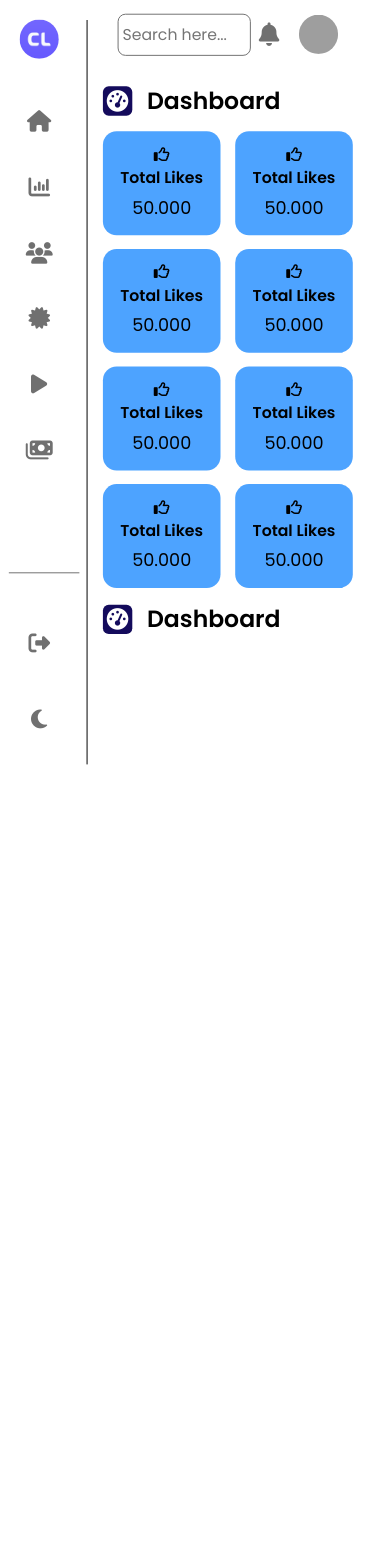
Repository: phamngocthang/practice-html-css
Page: Admin/dist/index.html
The author's editor kept a copy of each file at every save. The page is drawn from the files as they stood at one save, then again after the next save.
The browser window is 375 px wide. The pictures show the whole page, at 98% of full size.
Pictures or frames that could not be fetched are drawn as grey boxes. The style sheet was rebuilt from its Sass, Less or Tailwind sources for each picture, by a compiler version that may differ from the author's.

Above is the page before, as saved 2023-10-28 12:51:49.

### Admin/dist/index.html
<!DOCTYPE html>
<html lang="en">
<head>
    <meta charset="UTF-8">
    <meta name="viewport" content="width=device-width, initial-scale=1.0">
    <title>Document</title>
    <link rel="stylesheet" href="style/main.css">
    <link rel="stylesheet" href="https://cdnjs.cloudflare.com/ajax/libs/font-awesome/6.4.2/css/all.min.css" integrity="sha512-z3gLpd7yknf1YoNbCzqRKc4qyor8gaKU1qmn+CShxbuBusANI9QpRohGBreCFkKxLhei6S9CQXFEbbKuqLg0DA==" crossorigin="anonymous" referrerpolicy="no-referrer" />
</head>
<body>
    <nav>
        <div class="logo">
            <div class="logo__image">
                <img src="/Images/logo.png" alt="">
            </div>

            <span class="logo__name">
                E-LEARNING
            </span>
        </div>

        <div class="menu">
            <ul class="menu__link">
                <li class="menu__link__item"><a href="#">
                    <i class="fa-solid fa-house"></i>
                    <span>Dashboard</span>
                </a></li>
                <li class="menu__link__item"><a href="#">
                    <i class="fa-solid fa-chart-column"></i>
                    <span>Analytics</span>
                </a></li>
                <li class="menu__link__item"><a href="#">
                    <i class="fa-solid fa-users"></i>
                    <span>Users</span>
                </a></li>
                <li class="menu__link__item"><a href="#">
                    <i class="fa-solid fa-certificate"></i>
                    <span>Category</span>
                </a></li>
                <li class="menu__link__item"><a href="#">
                    <i class="fa-solid fa-play"></i>
                    <span>Courses</span>
                </a></li>
                <li class="menu__link__item"><a href="#">
                    <i class="fa-solid fa-money-bills"></i>
                    <span>Profit</span>
                </a></li>
            </ul>

            <ul class="menu__link">
                <li class="menu__link__item"><a href="#">
                    <i class="fa-solid fa-right-from-bracket"></i>
                    <span>Logout</span>
                </a></li>

                <li class="menu__link__item menu__link__item--darkmode"><a href="#">
                        <i class="fa-solid fa-moon"></i>
                        <span>Dark Mode</span>
                        <div class="menu__toggle">
                            <span class="menu__switch"></span>
                        </div>
                    </a>
                </li>
            </ul>
        </div>
    </nav>

    <section class="dashboard">
        <div class="top">
            <i class="fa-solid fa-bars top__bar"></i>
            <div class="top__search-box">
                <i class="fa-solid fa-magnifying-glass"></i>
                <input type="text" placeholder="Search here...">
            </div>
            <div class="top__image">
                <i class="fa-solid fa-bell bell"></i>
                <img src="/Images/avatar.jpg" alt="">
            </div>
        </div>

        <div class="content">
            <div class="overview">
                <div class="title title--dash">
                    <div class="title__logo">
                        <i class="fa-solid fa-gauge-high"></i>
                    </div>
                    <h1 class="title__name">Dashboard</h1>
                </div>

                <div class="data">
                    <div class="data__box">
                        <i class="fa-regular fa-thumbs-up data__box__icon"></i>
                        <h3 class="data__box__title">Total Likes</h3>
                        <span class="data__box__number">50.000</span>
                    </div>
                    <div class="data__box">
                        <i class="fa-regular fa-thumbs-up data__box__icon"></i>
                        <h3 class="data__box__title">Total Likes</h3>
                        <span class="data__box__number">50.000</span>
                    </div>
                    <div class="data__box">
                        <i class="fa-regular fa-thumbs-up data__box__icon"></i>
                        <h3 class="data__box__title">Total Likes</h3>
                        <span class="data__box__number">50.000</span>
                    </div>
                    <div class="data__box">
                        <i class="fa-regular fa-thumbs-up data__box__icon"></i>
                        <h3 class="data__box__title">Total Likes</h3>
                        <span class="data__box__number">50.000</span>
                    </div>
                    <div class="data__box">
                        <i class="fa-regular fa-thumbs-up data__box__icon"></i>
                        <h3 class="data__box__title">Total Likes</h3>
                        <span class="data__box__number">50.000</span>
                    </div>
                    <div class="data__box">
                        <i class="fa-regular fa-thumbs-up data__box__icon"></i>
                        <h3 class="data__box__title">Total Likes</h3>
                        <span class="data__box__number">50.000</span>
                    </div>
                    <div class="data__box">
                        <i class="fa-regular fa-thumbs-up data__box__icon"></i>
                        <h3 class="data__box__title">Total Likes</h3>
                        <span class="data__box__number">50.000</span>
                    </div>
                    <div class="data__box">
                        <i class="fa-regular fa-thumbs-up data__box__icon"></i>
                        <h3 class="data__box__title">Total Likes</h3>
                        <span class="data__box__number">50.000</span>
                    </div>
                </div>
            </div>

            <div class="activity">
                <div class="title">
                    <div class="title__logo">
                        <i class="fa-solid fa-gauge-high"></i>
                    </div>
                    <h1 class="title__name">Dashboard</h1>
                </div>
            </div>
        </div>
    </section>

    <script src="script.js">

    </script>
</body>
</html>

### Admin/dist/script.js
const body = document.querySelector("body");
const modeTogger = document.querySelector(".menu__toggle");
const sideBar = body.querySelector("nav")
const sideBarToggle = body.querySelector(".top__bar");

modeTogger.addEventListener("click", () => {
    body.classList.toggle("dark")
})

sideBarToggle.addEventListener("click", () => {
    sideBar.classList.toggle("close");
})

### Admin/scss/main.scss
@import url('https://fonts.googleapis.com/css2?family=Poppins:wght@200;300;400;500;600&display=swap');
@import './variables';

* {
    margin: 0;
    padding: 0;
    box-sizing: border-box;
    font-family: 'Poppins', sans-serif;
}

body {
    --primary-color: #{$primary-color};
    --panel-color: #{$panel-color};
    --text-color: #{$text-color};
    --black-light-color: #{$black-light-color};
    --border-color: #{$border-color};
    --toggle-color: #{$toggle-color};
    --box1-color: #{$box1-color};
    --box2-color: #{$box2-color};
    --box3-color: #{$box3-color};
    --title-icon-color: #{$title-icon-color};
    min-height: 200vh;
    background-color: var(--panel-color);
}

body.dark {
    --primary-color: #3A3B3C;
    --panel-color: #242526;
    --text-color: #FFF;
    --black-light-color: #CCC;
    --border-color: #4D4C4C;
    --toggle-color: #FFF;
    --box1-color: #3A3B3C;
    --box2-color: #3A3B3C;
    --box3-color: #3A3B3C;
    --title-icon-color: #CCC;

    .menu__switch::before {
        left: 20px !important;
    }
}

nav {
    position: fixed;
    width: $leftbarsize;
    height: 100%;
    top: 0;
    left: 0;
    background-color: var(--panel-color);
    transition: $tran-05;

    &::after {
        content: '';
        width: 2px;
        height: 95%;
        background-color: var(--black-light-color);
        right: 0;
        top: 50%;
        transform: translateY(-50%);
        position: absolute;
    }

    .logo {
        display: flex;
        align-items: center;
        height: 80px;

        &__image {
            min-width: 45px;
            display: flex;
            align-items: center;
            padding-right: 10px;
            min-width: 80px;
            justify-content: flex-end;

            img {
                width: 40px;
                border-radius: 50%;
                object-fit: cover;
            }

        }

        &__name {
            color: var(--text-color);
            font-weight: 600;
            font-size: 22px;
            flex: 1;
            transition: $tran-05;
            white-space: nowrap;
        }
    }

    .menu {
        height: 100%;
        padding: 10px 0px 30px 20px;
        position: relative;


        &::after {
            content: '';
            left: 50%;
            top: 63%;
            width: 80%;
            height: 0.5px;
            transform: translateX(-50%);
            background-color: var(--black-light-color);
            position: absolute;
        }

        &__link {
            list-style: none;
            display: flex;
            flex-direction: column;
            align-items: flex-start;


            &:nth-child(1) {
                height: 70%;
            }


            &__item {
                padding: 20px 0;

                a {
                    text-decoration: none;
                    color: var(--black-light-color);
                    font-size: 18px;
                    display: flex;
                    align-items: center;
                    position: relative;
                    transition: 0.4 ease all;

                    i {
                        min-width: 60px;
                        text-align: center;
                        font-size: 22px;
                    }

                    span {
                        font-weight: 400;
                        transition: $tran-05;
                        white-space: nowrap;
                    }

                    &:hover {
                        color: var(--primary-color);

                        &::before {
                            content: '';
                            width: 5px;
                            height: 5px;
                            border-radius: 50%;
                            background-color: var(--primary-color);
                            position: absolute;
                            transition: 0.4 ease all;
                        }
                    }
                }
            }

            &__item--darkmode {
                display: flex;
                align-items: center;


                .menu__toggle {
                    height: 50px;
                    min-width: 45px;
                    display: flex;
                    align-items: center;
                    justify-content: center;

                    .menu__switch {
                        display: inline-block;
                        border-radius: 25px;
                        position: relative;
                        height: 22px;
                        width: 40px;
                        background-color: var(--toggle-color);

                        &::before {
                            content: '';
                            width: 15px;
                            height: 15px;
                            position: absolute;
                            background-color: var(--title-icon-color);
                            border-radius: 50%;
                            left: 3px;
                            top: 50%;
                            transform: translateY(-50%);
                            transition: $tran-03;
                        }
                    }
                }
            }
        }
    }


}

nav.close {
    width: $leftbarsizeClose;

    .menu__link__item {
        span {
            opacity: 0;
            pointer-events: none;
        }
    }

    .logo__name {
        opacity: 0;
        pointer-events: none;
    }

    & ~ .dashboard {
        left: $leftbarsizeClose;
        width: calc(100% - $leftbarsizeClose);

        .top {
            left: $leftbarsizeClose;
            width: calc(100% - $leftbarsizeClose);
        }
    }
}

.dashboard {
    background-color: var(--panel-color);
    width: calc(100% - $leftbarsize);
    left: $leftbarsize;
    min-height: 100vh;
    position: relative;
    padding: 15px 30px 40px;
    transition: $tran-05;

    .top {
        position: fixed;
        top: 0;
        left: $leftbarsize;
        height: 10%;
        display: flex;
        align-items: center;
        justify-content: space-between;
        padding: 30px 30px 40px;
        width: calc(100% - $leftbarsize);
        background-color: var(--panel-color);
        transition: $tran-05;

        i {
            font-size: 24px;
            color: var(--black-light-color);
        }

        &__bar {
            cursor: pointer;
        }

        &__search-box {
            flex: 1;
            width: 100%;
            padding: 8px;
            border-radius: 8px;
            border: 0.4px solid var(--black-light-color);
            margin: 0 30px;
            display: flex;
            align-items: center;

            i {
                font-size: 24px;
                padding: 0 16px 0 8px;
                color: var(--black-light-color);
            }

            input {
                font-size: 16px;
                outline: none;
                border: none;
                height: 100%;
                width: 100%;
                background-color: transparent;
                color: var(--text-color);
            }
        }

        &__image {
            display: flex;
            align-items: center;

            .bell {
                cursor: pointer;
                margin-right: 20px;
            }

            img {
                cursor: pointer;
                width: 40px;
                height: 40px;
                object-fit: cover;
                border-radius: 50%;
            }
        }
    }

    .content {
        margin-top: 60px;
            .title {
                display: flex;
                align-items: center;

                &__logo {
                    height: 30px;
                    width: 30px;
                    display: flex;
                    align-items: center;
                    justify-content: center;
                    background-color: var(--primary-color);
                    border-radius: 6px;
                    margin-right: 15px;

                    i {
                        font-size: 22px;
                        color: var(--panel-color);
                    }
                }

                &__name {
                    color: var(--text-color);
                }
            }

            .data {
                display: flex;
                flex-wrap: wrap;
                margin-left: -32px;

                &__box {
                    border-radius: 14px;
                    margin-left: 32px;
                    width: calc(100% / 4 - 32px);
                    display: flex;
                    flex-direction: column;
                    align-items: center;
                    background-color: var(--box1-color);
                    color: var(--text-color);
                    padding: 15px 0;
                    margin-top: 20px;

                    &__icon {
                        font-size: 30px;
                    }

                    &__title {
                        margin: 4px 0;
                    }

                    &__number {
                        font-size: 30px;
                    }
                }
            }

            .activity {
                margin-top: 20px;
            }
    }
}


@media (max-width: 1000px) {
    nav {
        width: $leftbarsizeClose;


        .menu__link__item {
            span {
                opacity: 0;
                pointer-events: none;
            }
        }

        .logo__name {
            opacity: 0;
            pointer-events: none;
        }

        & ~ .dashboard {
            left: $leftbarsizeClose;
            width: calc(100% - $leftbarsizeClose);
        }
    }

    .dashboard {
        .top {
            left: $leftbarsizeClose;
            width: calc(100% - $leftbarsizeClose);
        }
    }
}

@media (max-width: 820px) {
    .dashboard {
        .content {
            .data {
                margin-top: 0;
                &__box {
                    width: calc(100% / 2 - 35px);
                    margin-top: 14px;

                    &__icon {
                        font-size: 22px;
                    }

                    &__number {
                        font-size: 24px;
                    }
                }

            }

            .activity {
                margin-top: 14px;
            }
        }
    }
}

@media (max-width: 500px) {
    nav {
        .logo {
            &__image {
                min-width: 70px;
            }
        }
        .menu {
            padding-left: 10px;
        }
    }
    .dashboard {
        &::before {
            left: -8px;
        }
        padding-left: 15px;
        padding-right: 15px;
        .top {
            &__bar {
                display: none;
            }

            &__search-box {
                i {
                    display: none;
                }
                padding: 8px 4px;
                margin: 0;
                margin-right: 8px;
            }
        }
        .content {
            margin-top: 70px;
            .data {
                margin-left: -15px;
                &__box {
                    width: calc(100% / 2 - 15px);
                    margin-left: 15px;

                    &__icon {
                        font-size: 16px;
                    }

                    &__title {
                        font-size: 16px;
                    }

                    &__number {
                        font-size: 18px;
                    }
                }

            }

            .activity {
                margin-top: 14px;
            }
        }
    }
}

### Admin/scss/_variables.scss
/* ===== Colors ===== */
// $primary-color: #0E4BF1;
$primary-color: #140B5C;
$panel-color: #FFF;
$text-color: #000;
$black-light-color: #707070;
$border-color: #e6e5e5;
$toggle-color: #DDD;
$box1-color: #4DA3FF;
$box2-color: #FFE6AC;
$box3-color: #E7D1FC;
$title-icon-color: #fff;

/* ====== Transition ====== */
$tran-05: all 0.5s ease;
$tran-03: all 0.3s ease;
$tran-03: all 0.2s ease;

$leftbarsize: 230px;
$leftbarsizeClose: 90px;

After the next save:
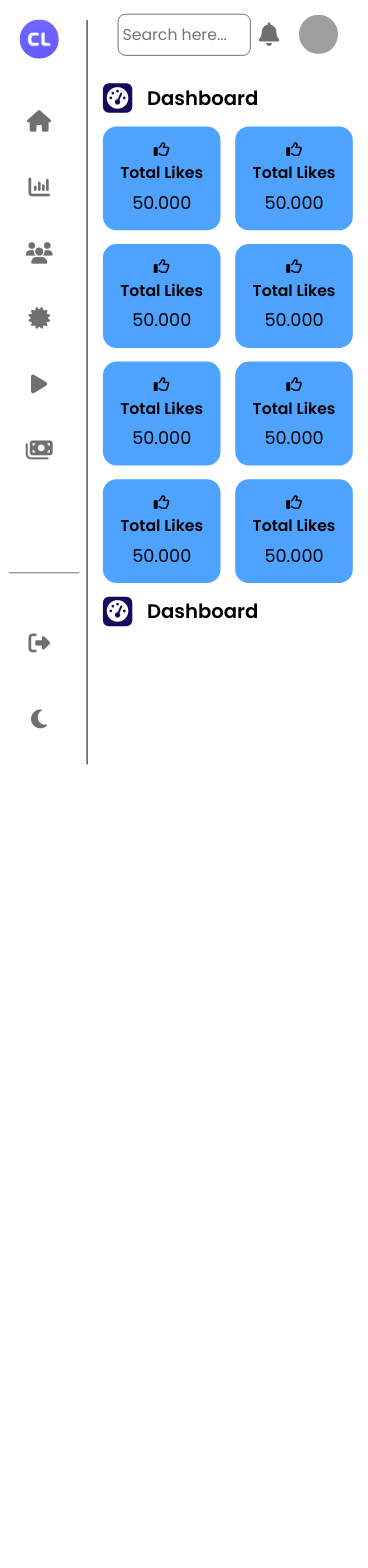
Saved 3 min 58 s later.
--- a/Admin/scss/main.scss
+++ b/Admin/scss/main.scss
@@ -460,6 +460,12 @@ nav.close {
         }
         .content {
             margin-top: 70px;
+
+            .title {
+                &__name {
+                    font-size: 20px;
+                }
+            }
             .data {
                 margin-left: -15px;
                 &__box {
